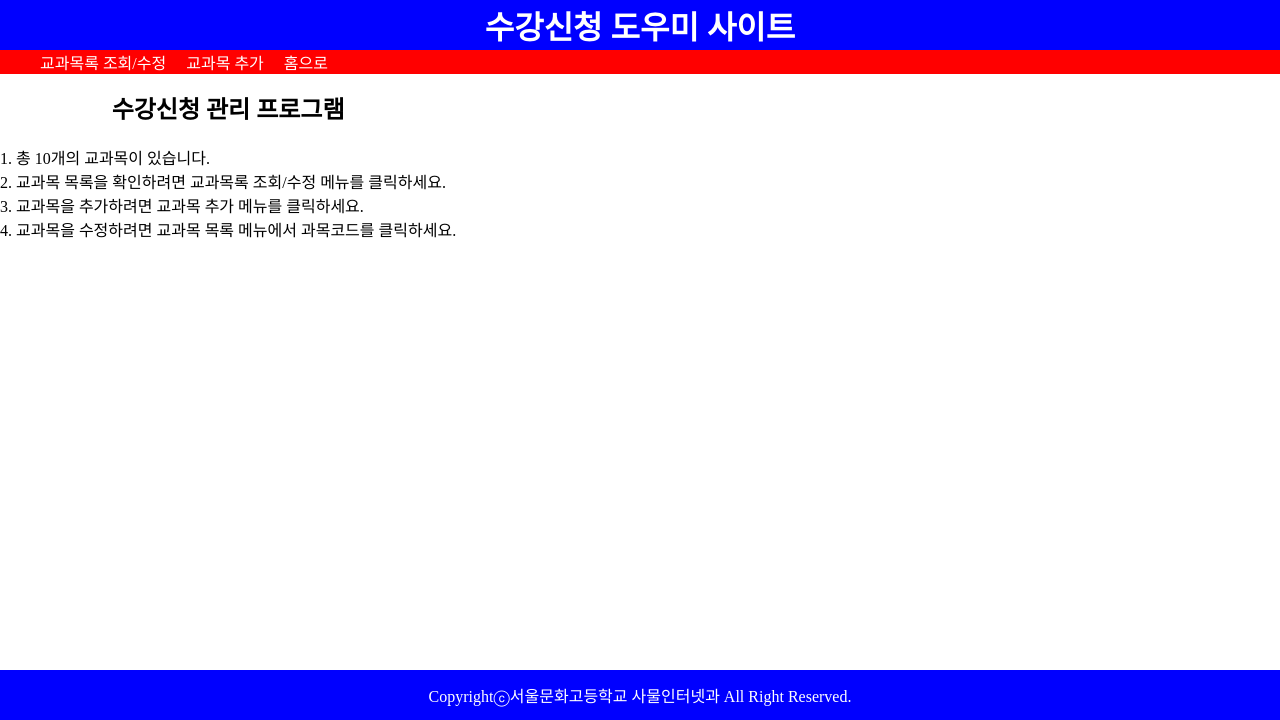
Repository: yuuki08noah/CHUNGCHUSANKI
Page: http://localhost/HRD_002/
These files come from the project's save history. The page is drawn as it stood at one moment and after the next save; the edit follows.
The browser window is 1280 px wide. The pictures show the whole page.
The page is served by Tomcat 9. Other server files are loaded and not shown.

Above is the page before, as saved 2025-04-01 07:53:23.

### HRD_002/src/main/webapp/index.jsp
<%@ page language="java" contentType="text/html; charset=UTF-8"
    pageEncoding="UTF-8"%>
<!DOCTYPE html>
<html>
<head>
<meta charset="UTF-8">
<title>Index</title>
</head>
<body>
	<jsp:include page="header.jsp"/>
	<section style="position: fixed; top: 70px;">
		<div style="text-align: center;">
			<h2>수강신청 관리 프로그램</h2>
		</div>
		1. 총 10개의 교과목이 있습니다.<br>
		2. 교과목 목록을 확인하려면 교과목록 조회/수정 메뉴를 클릭하세요.<br>
		3. 교과목을 추가하려면 교과목 추가 메뉴를 클릭하세요.<br>
		4. 교과목을 수정하려면 교과목 목록 메뉴에서 과목코드를 클릭하세요.
	</section>
	<jsp:include page="footer.jsp"/>
</body>
</html>

### HRD_002/src/main/webapp/header.jsp
<%@ page language="java" contentType="text/html; charset=UTF-8"
    pageEncoding="UTF-8"%>
<!DOCTYPE html>
<html>
<head>
<meta charset="UTF-8">
<title>Header</title>
</head>
<body style="margin: 0 0; padding: 0 0;">
	<div style="display: flex; position: fixed; top: 0px; justify-content: center; align-items: center; background-color: blue; width: 100%; height: 50px; color: white;"><h1>수강신청 도우미 사이트</h1></div>
	<div style="display: flex; gap: 20px; width: 100%; padding-left: 40px; background-color: red; position: fixed; top: 50px; color: white">
	<a>교과목록 조회/수정</a>

	<a>교과목 추가</a>

	<a>홈으로</a>
	</div>
</body>
</html>

### HRD_002/src/main/webapp/footer.jsp
<%@ page language="java" contentType="text/html; charset=UTF-8"
    pageEncoding="UTF-8"%>
<!DOCTYPE html>
<html>
<head>
<meta charset="UTF-8">
<title>Footer</title>
</head>
<body style="margin:0 0; padding: 0 0">
	<div style="display: flex; position: fixed; bottom: 0px; justify-content: center; align-items: center; background-color: blue; width: 100%; height: 50px; color: white;">Copyrightⓒ서울문화고등학교 사물인터넷과 All Right Reserved.</div>

</body>
</html>

After the next save:
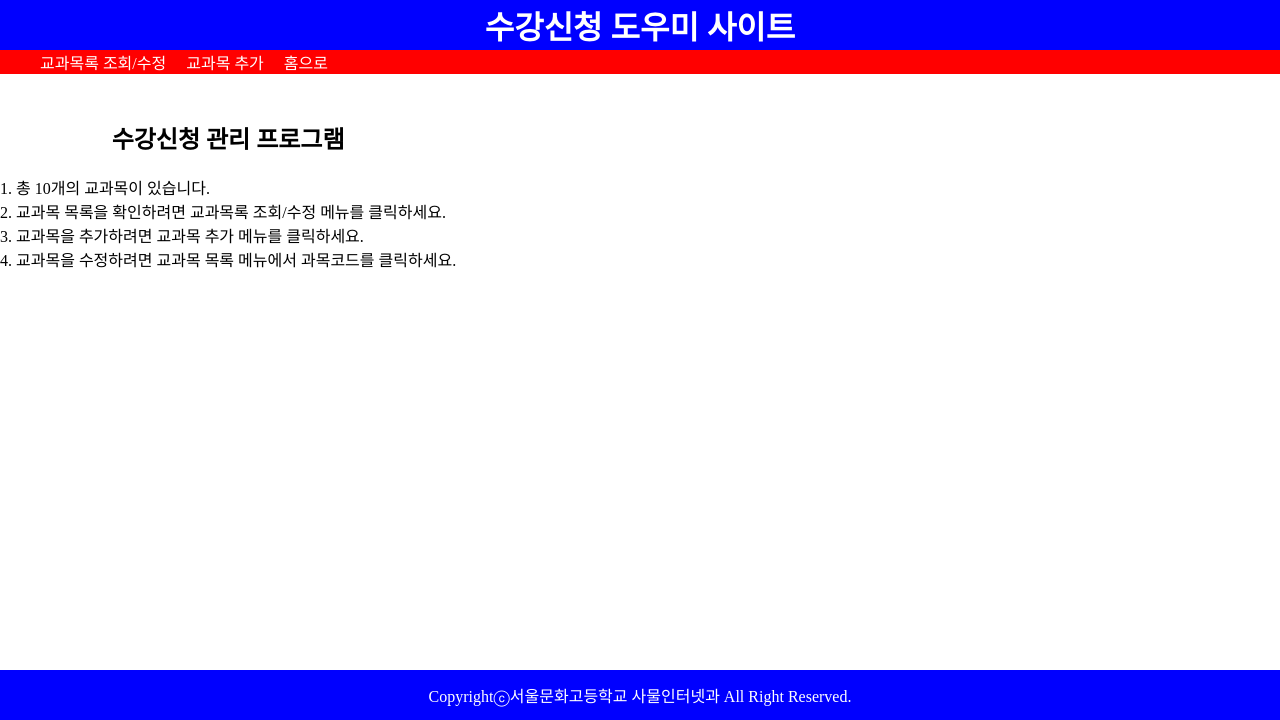
Saved 20 s later.
--- a/HRD_002/src/main/webapp/index.jsp
+++ b/HRD_002/src/main/webapp/index.jsp
@@ -8,7 +8,7 @@
 </head>
 <body>
 	<jsp:include page="header.jsp"/>
-	<section style="position: fixed; top: 70px;">
+	<section style="position: fixed; top: 100px;">
 		<div style="text-align: center;">
 			<h2>수강신청 관리 프로그램</h2>
 		</div>
